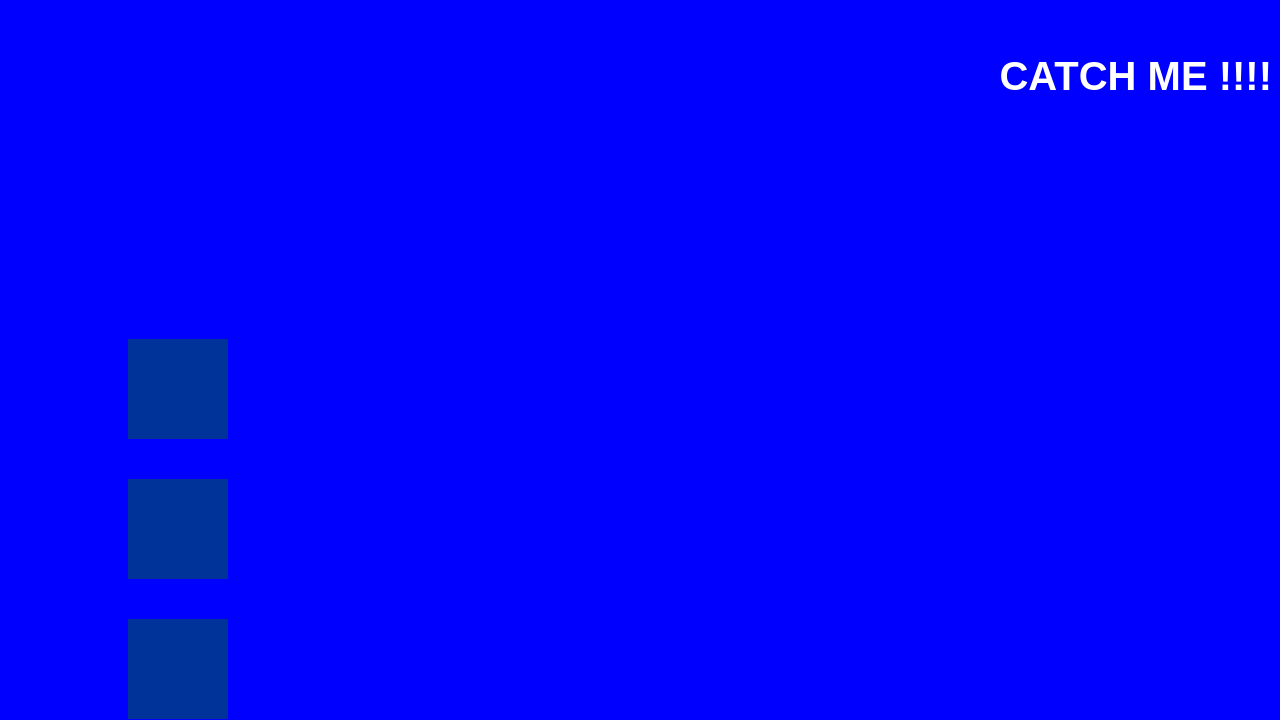
Repository: mong3270/mong3270.github.io
Page: Jenny.html
The author's editor kept a record of every edit. The page is drawn from the files as they stood at one moment, then again after the next edit.
The browser window is 1280 px wide. The pictures show the whole page.

Above is the page before.

### Jenny.html
<!DOCTYPE html>
<html>
	<head>
		<h1></h1>
		<link href="index.css" rel="stylesheet" type="text/css" />

<html>
<head>
<style>
div {
    width: 100px;
    height: 100px;
    background: red;
    position: relative;
    -webkit-animation: myfirst 5s; /* Chrome, Safari, Opera */
    animation: myfirst 5s;
}

/* Chrome, Safari, Opera */
@-webkit-keyframes myfirst {
    0%   {background:red; left:0px; top:0px;}
    25%  {background:yellow; left:200px; top:0px;}
    50%  {background:blue; left:200px; top:200px;}
    75%  {background:green; left:0px; top:200px;}
    100% {background:red; left:0px; top:0px;}
}

/* Standard syntax */
@keyframes myfirst {
    0%   {background:red; left:0px; top:0px;}
    25%  {background:yellow; left:200px; top:0px;}
    50%  {background:blue; left:200px; top:200px;}
    75%  {background:green; left:0px; top:200px;}
    100% {background:red; left:0px; top:0px;}
}
</style>
</head>
<body>

<p><b>CATCH ME !!!!</b> </p>

<div></div>

</body>
</html>
<!DOCTYPE html>
<html>
<head>
<style>
div {
    width: 100px;
    height: 100px;
    background: red;
    position: relative;
    /* Chrome, Safari, Opera */
    -webkit-animation-name: myfirst;
    -webkit-animation-duration: 5s;
    -webkit-animation-timing-function: linear;
    -webkit-animation-delay: 2s;
    -webkit-animation-iteration-count: infinite;
    -webkit-animation-direction: alternate;
    -webkit-animation-play-state: running;
    /* Standard syntax */
    animation-name: myfirst;
    animation-duration: 5s;
    animation-timing-function: linear;
    animation-delay: 2s;
    animation-iteration-count: infinite;
    animation-direction: alternate;
    animation-play-state: running;
}

/* Chrome, Safari, Opera */
@-webkit-keyframes myfirst {
    0%   {background:red; left:0px; top:0px;}
    25%  {background:yellow; left:200px; top:0px;}
    50%  {background:blue; left:200px; top:200px;}
    75%  {background:green; left:0px; top:200px;}
    100% {background:red; left:0px; top:0px;}
}

/* Standard syntax */
@keyframes myfirst {
    0%   {background:red; left:0px; top:0px;}
    25%  {background:yellow; left:200px; top:0px;}
    50%  {background:blue; left:200px; top:200px;}
    75%  {background:green; left:0px; top:200px;}
    100% {background:red; left:0px; top:0px;}
}
</style>
</head>
<body>

<p><b></b></p>

<div></div>

</body>
</html>
<!DOCTYPE html>
<html>
<head>
<style>
div {
    width: 100px;
    height: 100px;
    background: red;
    position: relative;
    -webkit-animation: myfirst 5s linear 2s infinite alternate; /* Chrome, Safari, Opera */
    animation: myfirst 5s linear 2s infinite alternate;
}

/* Chrome, Safari, Opera */
@-webkit-keyframes myfirst {
    0%   {background:red; left:0px; top:0px;}
    25%  {background:yellow; left:200px; top:0px;}
    50%  {background:blue; left:200px; top:200px;}
    75%  {background:green; left:0px; top:200px;}
    100% {background:red; left:0px; top:0px;}
}

/* Standard syntax */
@keyframes myfirst {
    0%   {background:red; left:0px; top:0px;}
    25%  {background:yellow; left:200px; top:0px;}
    50%  {background:blue; left:200px; top:200px;}
    75%  {background:green; left:0px; top:200px;}
    100% {background:red; left:0px; top:0px;}
}
</style>
</head>
<body>

<p><b></b> </p>

<div></div>

</body>
</html>

### index.css
body {
    background-color: blue;
    color: red;
    color: white;
    font-size: 40px;
    font-family: "arial";
    text-align: right;
}

After the next edit:
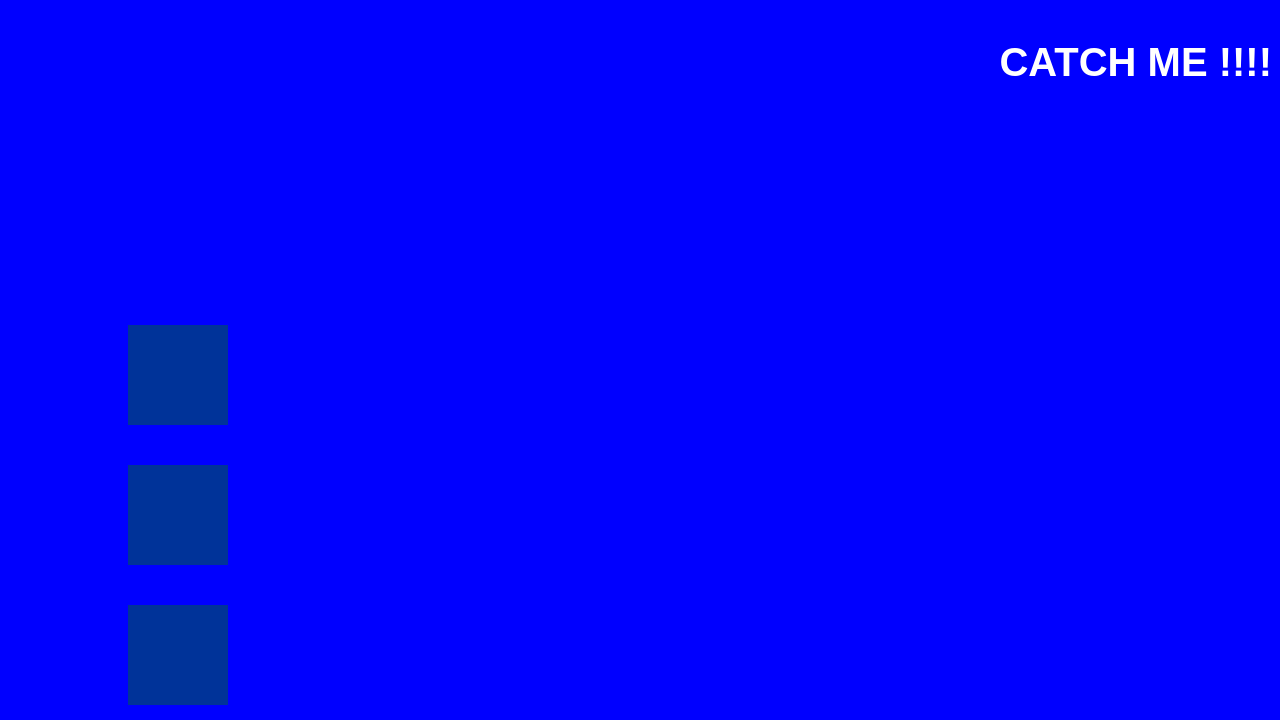
The edit:
--- a/Jenny.html
+++ b/Jenny.html
@@ -1,7 +1,7 @@
 <!DOCTYPE html>
 <html>
 	<head>
-		<h1></h1>
+
 		<link href="index.css" rel="stylesheet" type="text/css" />
 
 <html>
